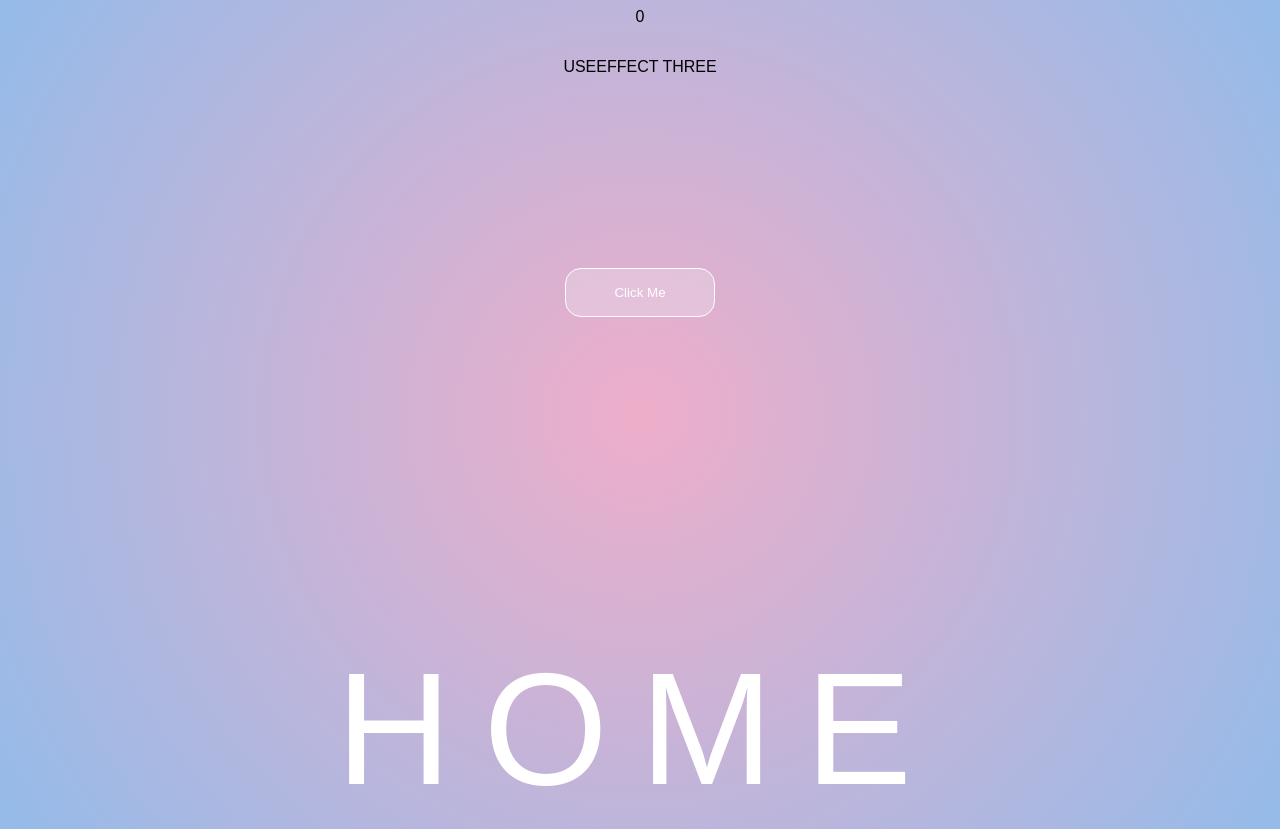
Repository: juliet-jskim/week-8-useEffect-carousel
Page: /useEffectThree
An editor plug-in stored every save of this project. The page is shown before and after the next save, followed by the edit.
The browser window is 1280 px wide. The pictures show the whole page.
The project was rebuilt for these pictures with package versions that can differ from the ones it lists, and the page was loaded fresh each time. The framework's server and built-in components were replaced by stand-ins that run in the browser. Also part of the build but not shown: next.config.js.

Above is the page before, as saved 2023-02-20 23:17:48.

After the next save:
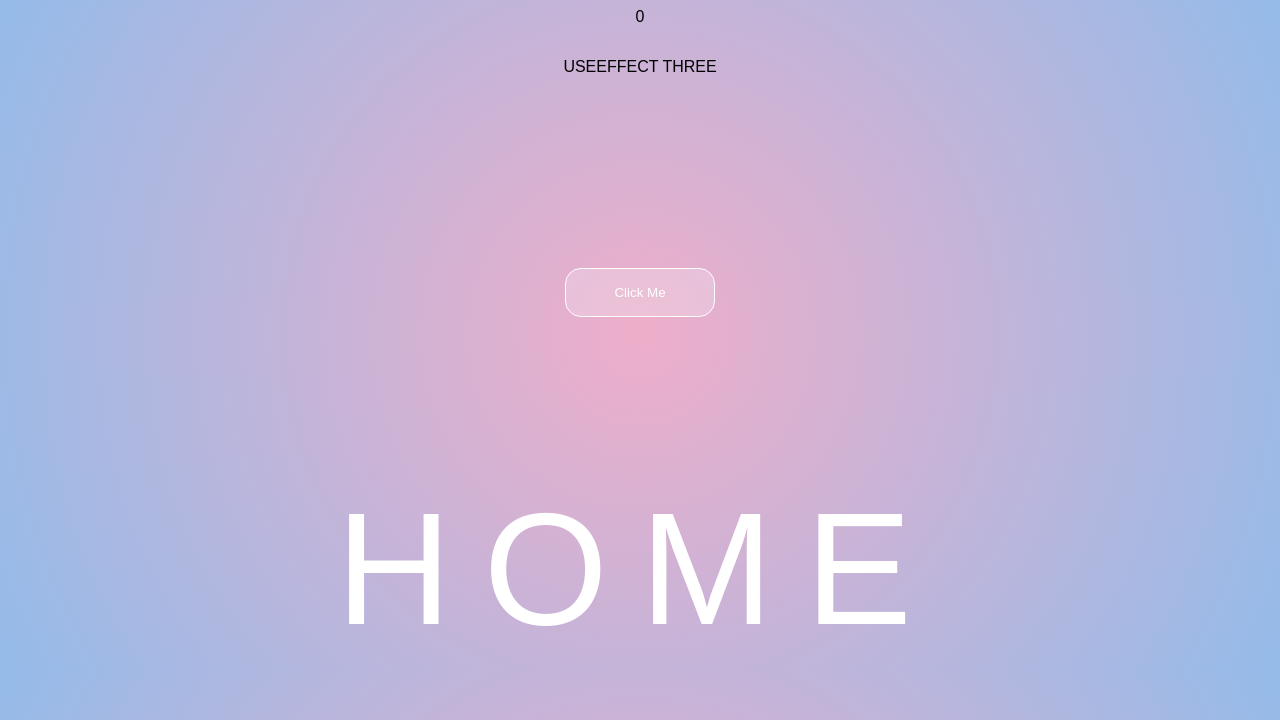
Saved 4 s later.
--- a/styles/UseEffectThree.module.css
+++ b/styles/UseEffectThree.module.css
@@ -11,7 +11,7 @@
     font-family: Arial, Helvetica, sans-serif;
     writing-mode: horizontal-tb;
     letter-spacing: 2rem;
-    margin-top: 20rem;
+    margin-top: 10rem;
 }
 
 .use_effect_three{
